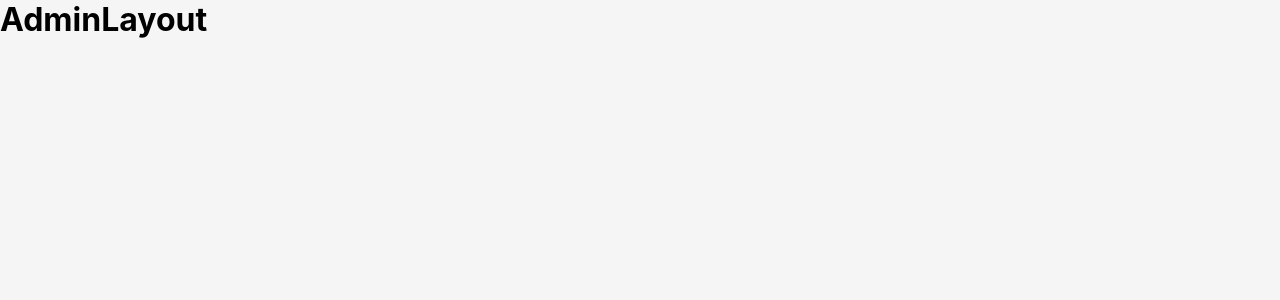
Repository: jkvekariya/Online-store-Management
Page: /admin (app in frontend/client/)
The author's editor kept a copy of each file at every save. The page is drawn from the files as they stood at one save, then again after the next save.
The browser window is 1280 px wide. The pictures show the whole page.
The project was rebuilt for these pictures with package versions that can differ from the ones it lists, and the page was loaded fresh each time. Also part of the build but not shown: frontend/client/vite.config.js, frontend/client/src/layout/AuthLayout.jsx, frontend/client/src/layout/UserLayout.jsx, frontend/client/src/pages/auth/Login.jsx, frontend/client/src/pages/auth/Signup.jsx, frontend/client/src/css/home.css, frontend/client/src/context/CartContext.jsx, frontend/client/src/pages/user/Home.jsx and 2 more.

Above is the page before, as saved 2026-01-01 18:57:49.

After the next save:
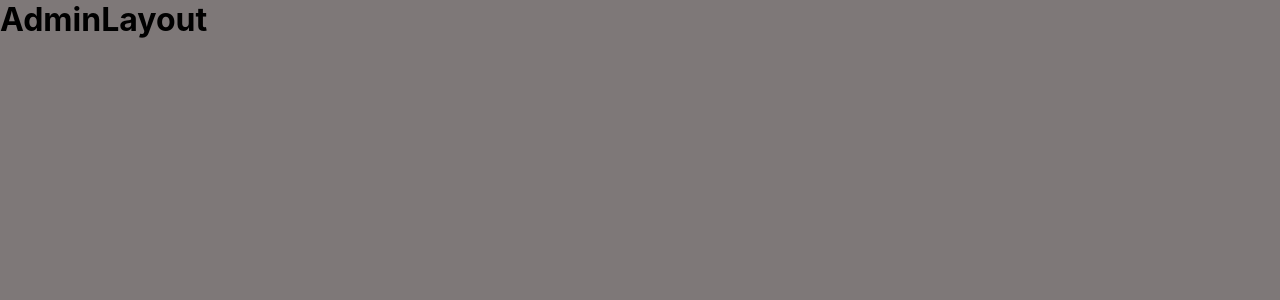
Saved 18 s later.
--- a/frontend/client/src/index.css
+++ b/frontend/client/src/index.css
@@ -10,7 +10,7 @@ body {
     sans-serif;
   -webkit-font-smoothing: antialiased;
   -moz-osx-font-smoothing: grayscale;
-  background-color: #f5f5f5;
+  background-color: #7e7878;
 }
 
 #root {
